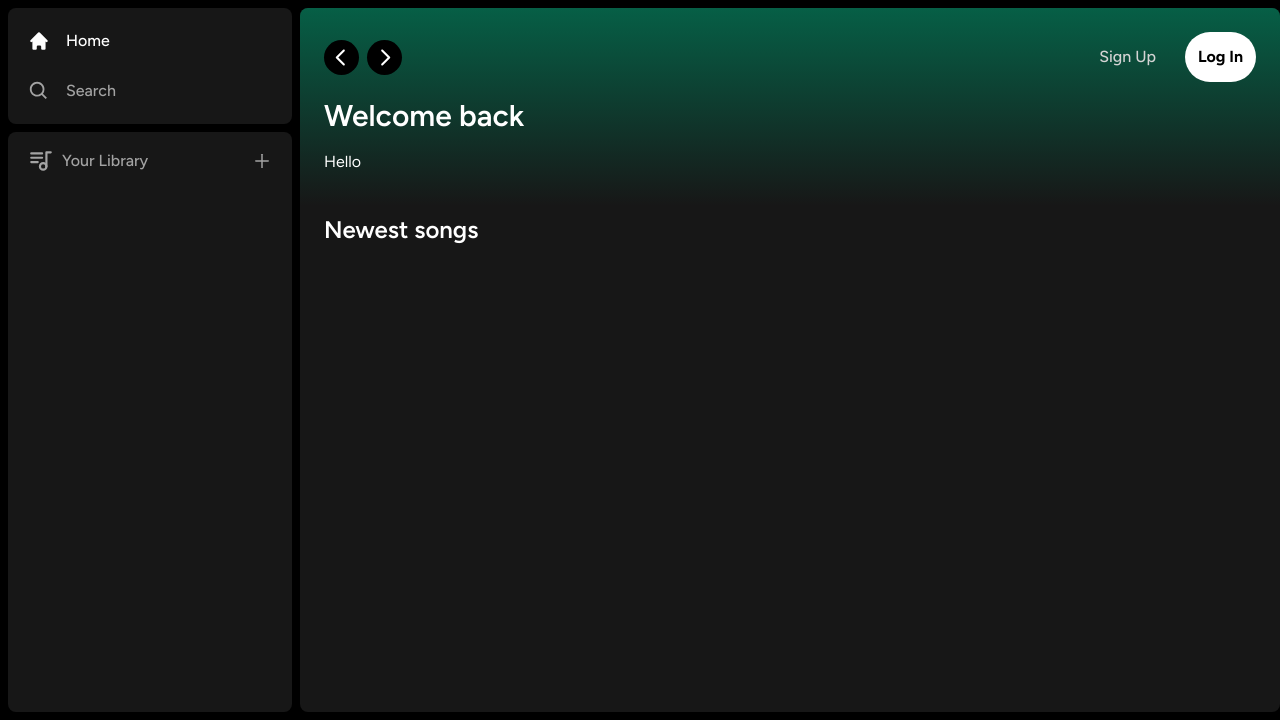
Repository: zecht12/ZechtCrowd
Page: /
The author's editor kept a copy of each file at every save. The page is drawn from the files as they stood at one save, then again after a run of saves.
The browser window is 1280 px wide. The pictures show the whole page.
The project was rebuilt for these pictures with package versions that can differ from the ones it lists, and the page was loaded fresh each time. The framework's server and built-in components were replaced by stand-ins that run in the browser. Also part of the build but not shown: next.config.js.

Above is the page before, as saved 2023-06-21 08:30:27.

After the next 2 saves:
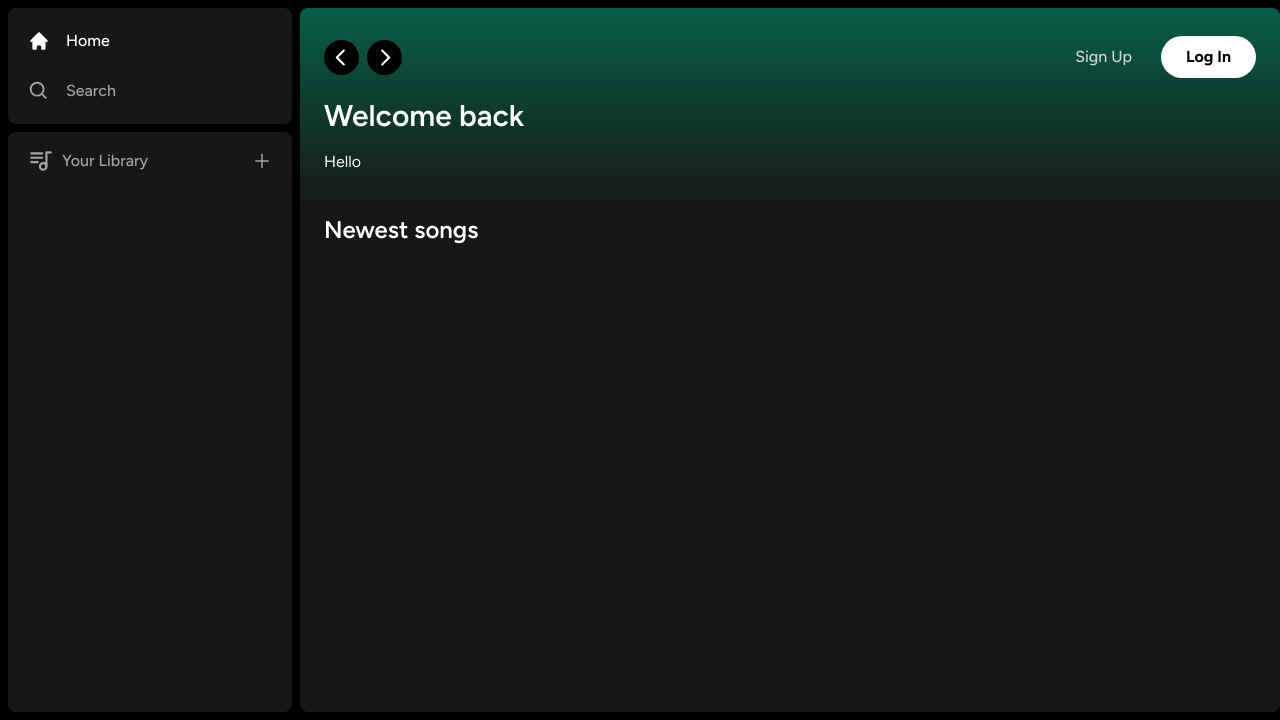
The 2 saves are shown as one change because they came seconds apart.
The last was saved 14 s later.
--- a/components/Header.tsx
+++ b/components/Header.tsx
@@ -47,7 +47,7 @@ const Header: React.FC<HeaderProps> = ({children,className}) => {
                             </Button>
                         </div>
                         <div>
-                            <Button className="bg-white">
+                            <Button className="bg-white py-2 px-6">
                                 Log In
                             </Button>
                         </div>
